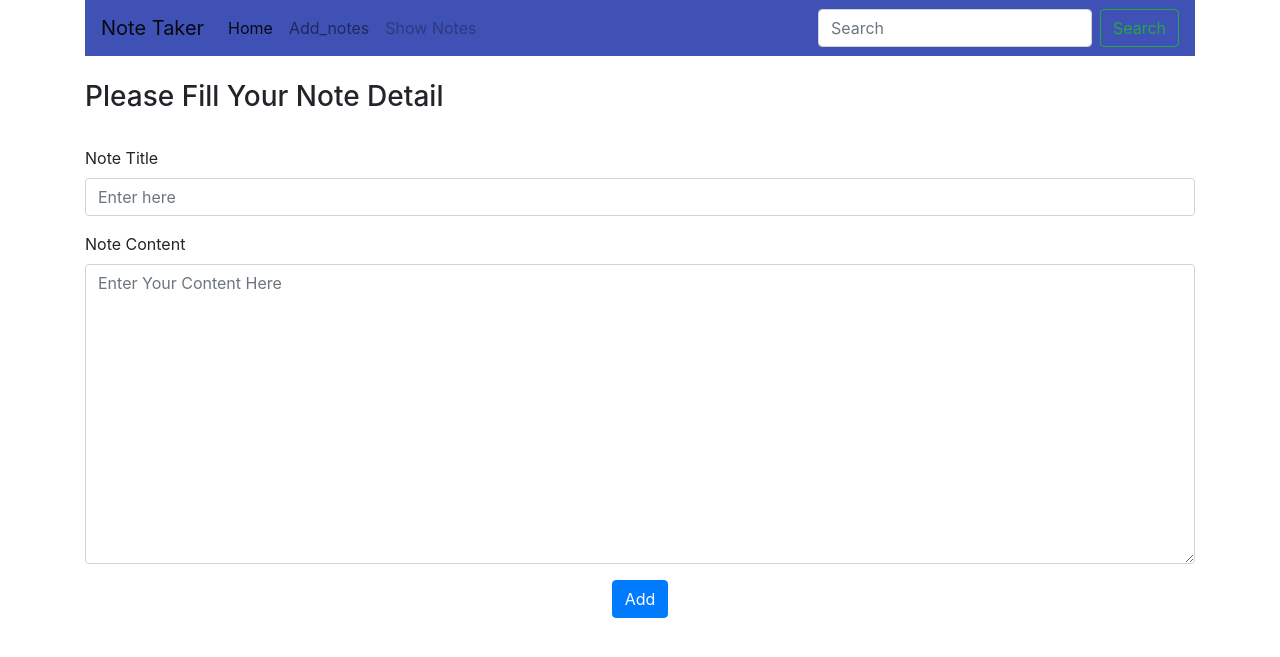
Repository: PratibhaMastud/index.jsp
Page: http://localhost/JavaWebApp/add_notes.jsp
These files come from the project's save history. The page is drawn as it stood at one moment and after the next save; the edit follows.
The browser window is 1280 px wide. The pictures show the whole page.
Some web libraries are served in a nearby version. The page is served by Tomcat 9. Other server files are loaded and not shown.

Above is the page before, as saved 2020-06-29 06:48:16.

### JavaWebApp/src/main/webapp/add_notes.jsp
<%@ page language="java" contentType="text/html; charset=ISO-8859-1"
    pageEncoding="ISO-8859-1"%>
<!DOCTYPE html>
<html>
<head>
<meta charset="ISO-8859-1">
<title>ADD NOTES</title>
	<%@include file="all_css_js.jsp"%>
</head>
<body>
<div class="container">
	<%@include file="navbar.jsp"%><br>
	<h3>Please Fill Your Note Detail</h3></br>

<!--this is add form  -->
<form action="SaveNoteServlet" method="post">

  <div class="form-group">
   	 <label for="title">Note Title</label>
   	 <input
   	 name="title"
     required
     type="text"
     class="form-control"
      id="title"
      aria-describedby="emailHelp"
     placeholder="Enter here" />
  </div>


  <div class="form-group">
    <label for="exampleInputPassword1">Note Content</label>
    <textarea
    	 name="content"
    	 required
    	 id="content"
    	  placeholder="Enter Your Content Here"
    	  class="form-control"
    	  style="height:300px"></textarea>
  </div>
  <div class="container text-center">
  	   <button type="submit" class="btn btn-primary">Add</button>
  </div>
</form>

</div>
</body>
</html>

### JavaWebApp/src/main/webapp/all_css_js.jsp
  <!-- Required meta tags -->

    <!-- Bootstrap CSS -->
    <link rel="stylesheet"
    href="https://maxcdn.bootstrapcdn.com/bootstrap/4.0.0/css/bootstrap.min.css"
    integrity="sha384-Gn5384xqQ1aoWXA+058RXPxPg6fy4IWvTNh0E263XmFcJlSAwiGgFAW/dAiS6JXm"
    crossorigin="anonymous">

	<link href="css/style.css" rel="stylesheet"/>

   <!-- Optional JavaScript -->
    <!-- jQuery first, then Popper.js, then Bootstrap JS -->
    <script src="https://code.jquery.com/jquery-3.2.1.slim.min.js"
     integrity="sha384-KJ3o2DKtIkvYIK3UENzmM7KCkRr/rE9/Qpg6aAZGJwFDMVNA/GpGFF93hXpG5KkN"
     crossorigin="anonymous"></script>
    <script src="https://cdnjs.cloudflare.com/ajax/libs/popper.js/1.12.9/umd/popper.min.js"
    integrity="sha384-ApNbgh9B+Y1QKtv3Rn7W3mgPxhU9K/ScQsAP7hUibX39j7fakFPskvXusvfa0b4Q"
    crossorigin="anonymous"></script>
    <script src="https://maxcdn.bootstrapcdn.com/bootstrap/4.0.0/js/bootstrap.min.js"
    integrity="sha384-JZR6Spejh4U02d8jOt6vLEHfe/JQGiRRSQQxSfFWpi1MquVdAyjUar5+76PVCmYl"
    crossorigin="anonymous"></script>

### JavaWebApp/src/main/webapp/navbar.jsp
<nav class="navbar navbar-expand-lg navbar-light purple">
  <a class="navbar-brand" href="#">Note Taker</a>
  <button class="navbar-toggler" type="button" data-toggle="collapse" data-target="#navbarSupportedContent" aria-controls="navbarSupportedContent" aria-expanded="false" aria-label="Toggle navigation">
    <span class="navbar-toggler-icon"></span>
  </button>

  <div class="collapse navbar-collapse" id="navbarSupportedContent">
    <ul class="navbar-nav mr-auto">
      <li class="nav-item active">
        <a class="nav-link" href="index.jsp">Home<span class="sr-only">(current)</span></a>
      </li>
      <li class="nav-item">
        <a class="nav-link" href="add_notes.jsp">Add_notes</a>
      </li>

      <li class="nav-item">
        <a class="nav-link disabled" href="all_notes.jsp">Show Notes</a>
      </li>
    </ul>
    <form class="form-inline my-2 my-lg-0">
      <input class="form-control mr-sm-2" type="search" placeholder="Search" aria-label="Search">
      <button class="btn btn-outline-success my-2 my-sm-0" type="submit">Search</button>
    </form>
  </div>
</nav>

### JavaWebApp/src/main/webapp/css/style.css
.purple{
	background : #3f51b5;
}

After the next save:
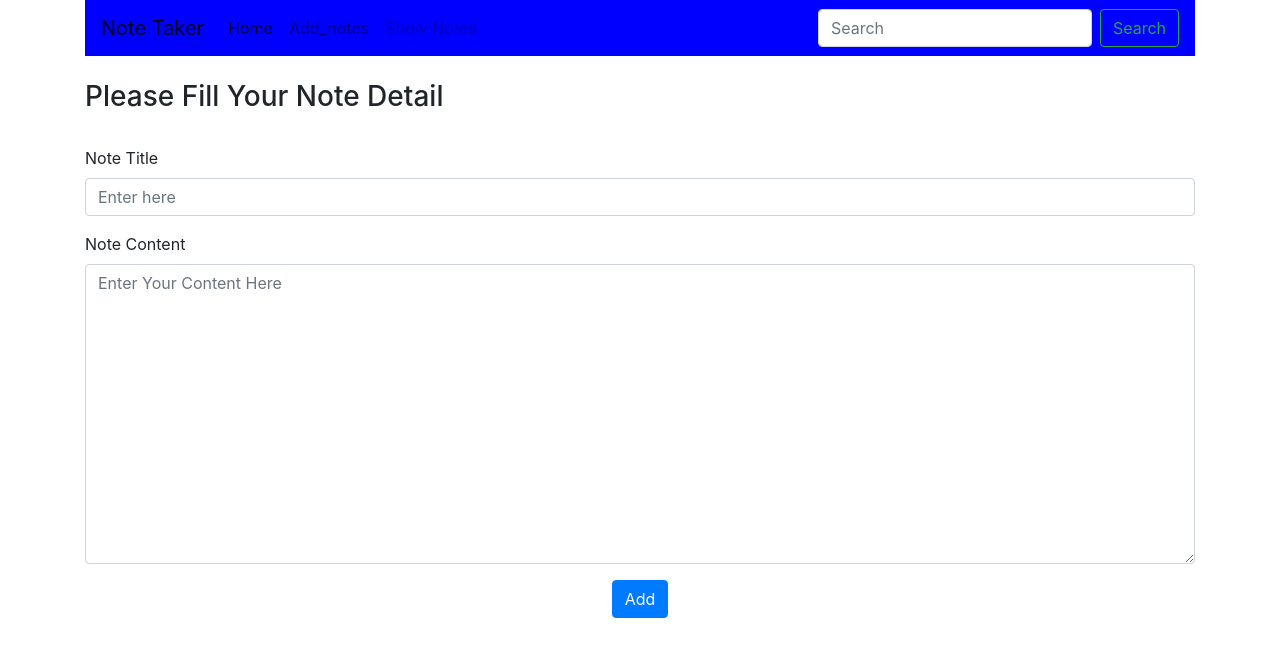
Saved 35 s later.
--- a/JavaWebApp/src/main/webapp/css/style.css
+++ b/JavaWebApp/src/main/webapp/css/style.css
@@ -1,3 +1,3 @@
 .purple{
-	background : #3f51b5;
+	background :blue;
 }
